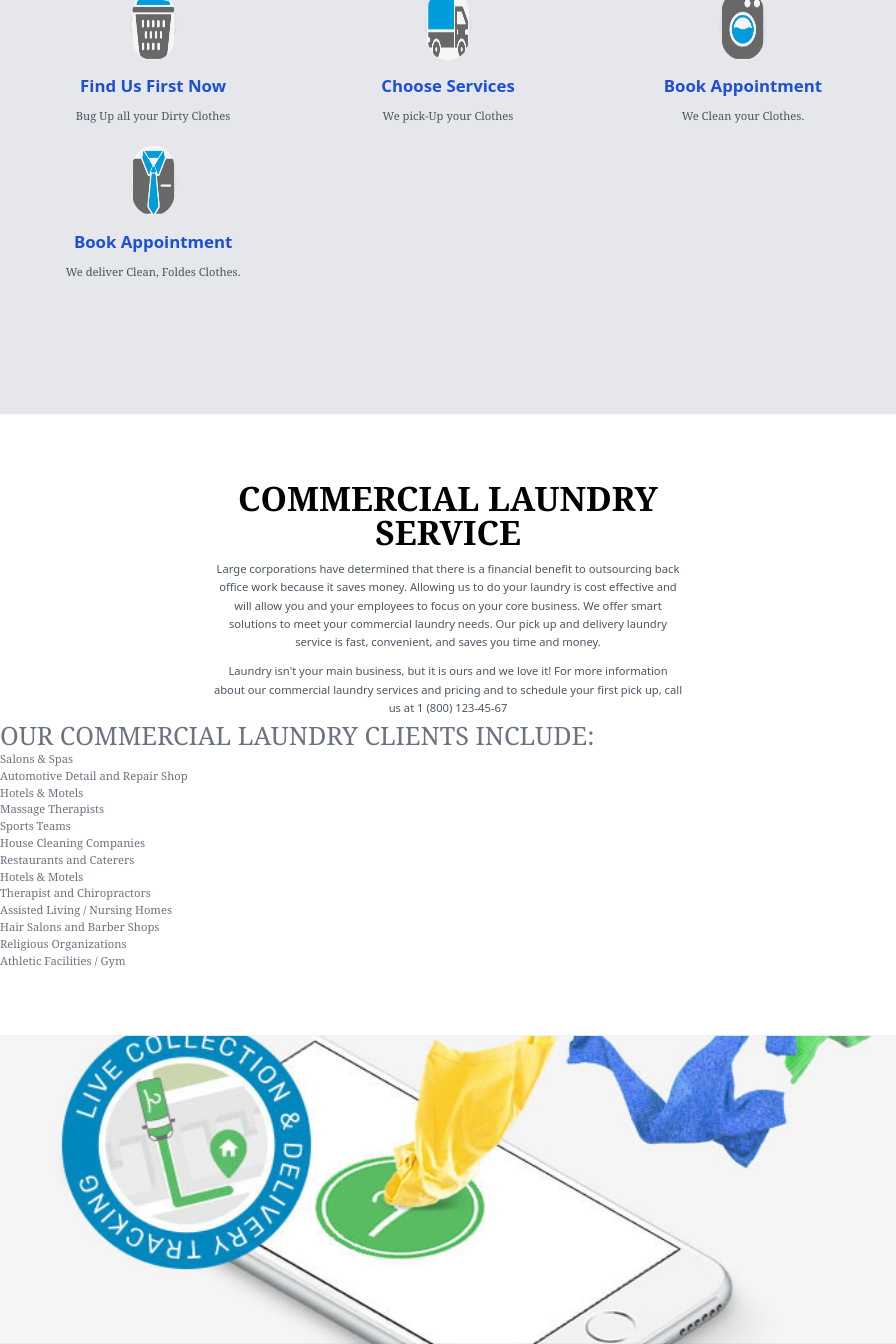
Repository: remydev47/smartlaundry
Page: /
The author's editor kept a copy of each file at every save. The page is drawn from the files as they stood at one save, then again after the next save.
The browser window is 1280 px wide. The pictures show the part of the page from y = 2877 to 4797 px (the page is 4797 px tall), at 70% of full size.
The project was rebuilt for these pictures with package versions that can differ from the ones it lists, and the page was loaded fresh each time. The framework's server and built-in components were replaced by stand-ins that run in the browser. Also part of the build but not shown: next.config.js, components/Prices.tsx, components/Reasons.tsx, components/Testimonial.tsx, components/Pricing.tsx, components/Footer.tsx.

Above is the page before, as saved 2022-10-24 16:30:27.

### pages/_app.tsx
import '../styles/globals.css'
import type { AppProps } from 'next/app'
import Header from '../components/Header'
import Logo from '../components/Logo'

function MyApp({ Component, pageProps }: AppProps) {
  return (
    <>

     <Header />
     <Component {...pageProps} />
    </>
  )
}

export default MyApp

### pages/index.tsx
import type { NextPage } from 'next'
import Head from 'next/head'
import Image from 'next/image'
import { Banner, Commercial, Hero, Services, Steps } from '../components'

const Home: NextPage = () => {
  return (
    <div>
      <Head>
        <title>Smart Laundry</title>
        <link rel="icon" href="/favicon.ico" />
      </Head>
      <Hero />
      <Services />
      <Steps />
      <Commercial />
      <Banner/>

    </div>
  )
}

export default Home

### components/Header.tsx
import React from 'react';
import { navLinks } from '../constants';
import Menupopover from './Menupopover';
import Image from 'next/image';
import Logo from './Logo';

const Header = () => {
  return (
    <header className="fixed inset-x-0 bg-[#4054B2] z-20 flex justify-between items-center py-2 px-2 shadow-lg dark:bg-slate-900 sm:py-3 sm:px-8">
            <div className='flex grow-0 basis-1/3 md:hidden'>
                <Menupopover />
            </div>

             <div className='flex grow-0 justify-center md:justify-start'>
                <Logo />

            </div>


            <ul className="list-none sm:flex hidden justify-center items-center flex-1">
            {navLinks.map((nav, index) => (
                <li
                key={nav.id}
                className={`font-serif font-bold cursor-pointer text-[16px]
                   ${index === navLinks.length - 1 ? 'mr-0' : 'mr-10'}
                  text-white `}
                >
                    <a>{nav.title}</a>
                </li>
            ))}
           </ul>

        </header>
  )
}

export default Header

### components/index.ts
import Hero from "./Hero";
import Services from "./Services";
import Steps from "./Steps";
import Commercial from "./Commercial";
import Prices from "./Prices";
import Banner from "./Banner";
import Reasons from "./Reasons";
import Testimonial from "./Testimonial";
import Pricing from "./Pricing";
import Footer from "./Footer";

export{
    Hero, Services, Steps, Commercial, Prices, Banner, Reasons, Testimonial, Pricing, Footer
}

### constants/index.ts
export const navLinks =[
    {
        id:"home",
        title:"HOME",
    },
    {
        id:"about",
        title:"ABOUT",
    },
    {
        id:"services",
        title:"SERVICES",
    },
    {
        id:"blog",
        title:"BLOG",
    },
    {
        id:"order online",
        title:"ORDER ONLINE",
    },
    {
        id:"contacts",
        title:"CONTACTS",
    },
]

### components/Menupopover.tsx
import React, {useState, Fragment} from 'react';
import { navLinks } from '../constants';
import { IconButton, Button } from './Button';
import { Transition, Dialog } from '@headlessui/react';
import Logo from './Logo';
import Image from 'next/image';

const Menupopover = () => {
  const [isOpen, setIsOpen] = useState(false)

  return (
    <div>
    <IconButton
      variant='ghost'
      aria-label='menu'
      onClick={() => setIsOpen(!isOpen)}
    >
      <svg className='h-6 w-6 ' fill='none' stroke='currentColor'>
        <path
          strokeLinecap='round'
          strokeLinejoin='round'
          strokeWidth={2}
          d='M4 6h16M4 12h16M4 18h16'
        />
      </svg>
    </IconButton>
    <Transition
      show={isOpen}
      appear
      as={Fragment}
      enter='transform transition ease-in-out duration-300'
      enterFrom='-translate-x-full'
      enterTo='translate-x-0'
      leave='transform transition ease-in-out duration-300 delay-200'
      leaveFrom='translate-x-0'
      leaveTo='-translate-x-full'
     >
     <Dialog
       as='div'
       className={`fixed inset-0 z-50`}
       onClose={setIsOpen}
       open={isOpen}
       >
       <Transition.Child
         as={Fragment}
         enter='ease-out duration-300 delay-300'
         enterFrom='opacity-0'
         enterTo='opacity-100'
         leave='ease-in duration-200'
         leaveFrom='opacity-100'
         leaveTo='opacity-0'
       >

        <Dialog.Overlay
          className={`fixed inset-0 bg-black/20 backdrop-blur-sm dark:bg-gray-900/80`}
         />
      </Transition.Child>
       <div className={styles.dialogcontainer}>
        <a className='mx-auto mt-4 flex w-[140px] '>
          <Logo />
        </a>
        <ul
            className={styles.navWrapper2}
         >
            {navLinks.map((nav, index) => (
                <li
                 key={nav.id}
                 className={`font-serif font-bold cursor-pointer text-[16px]
                  mt-2 border-t border-slate-200 py-4 dark:border-slate-600
                  ${index === navLinks.length - 1 ? 'mr-0' : 'mb-4'}
                  text-white `}
                >
                 <a href={`#${nav.id}`}>
                    {nav.title}
                 </a>
                </li>
             ))}
         </ul>

        <IconButton
          variant='ghost'
          aria-label='close menu'
          className='absolute top-5 right-5'
          onClick={() => setIsOpen(false)}
        >
          <svg
            viewBox='0 0 10 10'
            className='h-2.5 w-2.5 overflow-visible'
            aria-hidden='true'
          >
            <path
                d='M0 0L10 10M10 0L0 10'
                fill='none'
                stroke='currentColor'
                strokeWidth='2'
                strokeLinecap='round'
              />
          </svg>
        </IconButton>
       </div>
     </Dialog>
    </Transition>
  </div>
  )
}

export default Menupopover;

const styles ={
  dialogcontainer:`fixed top-0 bottom-0 left-0 w-full max-w-xs rounded-r-xl bg-[#4054B2] p-6 shadow-lg dark:bg-gray-800`,
  menuitems:`group relative flex h-9 items-center oveflow-hidden rounded-md hover:bg-slate-200/50`,
  navWrapper2:`list-none flex flex-col justify-end items-center flex-1`,
}

### components/Logo.tsx
import React from 'react'
import Image from 'next/image'

const Logo = () => {
  return (
    <div className=''>
      <Image
        src="/images/logo.png"
        alt='cleanu'
        height={60}
        width={150}
      />
    </div>
  )
}

export default Logo

### components/Hero.tsx
import React from 'react'
import Image from 'next/image'

const Hero = () => {
  return (
    <section className='relative pt-48 pb-12 bg-gray-400 xl:pt-60 sm:pb-16 lg:pb-32 xl:pb-48 2xl:pb-56'>
        <Image
           src='/images/hero1.jpg'
           layout='fill'
           objectFit='cover'
         />
     <div className="relative">
 <div className="px-6 mx-auto sm:px-8 lg:px-12 max-w-7xl">
     <div className="w-full lg:w-2/3 xl:w-1/2">
         <h1 className="font-sans text-base font-bold tracking-tight text-black text-opacity-70">Dont let bad services ruin your Day</h1>
         <p className="mt-6 tracking-tighter text-black">
             <span className="font-sans font-normal text-7xl">The road to the</span><br />
             <span className="font-serif italic font-normal text-8xl">perfect Cleaning Services</span>
         </p>
         <p className="mt-12 font-sans text-base font-bold text-black text-opacity-70">Lorem ipsum dolor sit amet, consectetur adipiscing elit. Eu penatibus pellentesque dolor consequat ligula egestas massa gravida. Porttitor venenatis enim praesent.</p>
         <p className="mt-8 font-sans text-xl font-normal text-black">Starting at $9.99/month</p>

         <div className="flex items-center mt-5 space-x-3 sm:space-x-4">
             <a
                 href="#"
                 title=""
                 className="
                     inline-flex
                     items-center
                     justify-center
                     px-5
                     py-2
                     font-sans
                     text-base
                     font-semibold
                     transition-all
                     duration-200
                     border-2 border-transparent
                     rounded-full
                     sm:leading-8
                     bg-green-600
                     sm:text-lg
                     text-white
                     hover:bg-opacity-90
                     focus:outline-none focus:ring-2 focus:ring-offset-2 focus:ring-primary focus:ring-offset-secondary
                 "
                 role="button"
             >
                 ORDER NOW
             </a>


         </div>
     </div>
 </div>
</div>
    </section>
  )
}

export default Hero

### components/Services.tsx
import React from 'react'

const services=[
  {
    image:"/images/plumber.png",
    title:'Alternations & Repairs',
    description:"We have expert seamstresses and tailors on staff to ensure we meet and exceed your fitting requirements"
  },
  {
    image:"",
    title:'Steam Iron',
    description:"Let us pick up your dirty laundry, sort it, stains, wash, dry, fold and deliver back to you in one neat, easy package"
  },
  {
    image:"",
    title:'Shoe Cleaning',
    description:"We use premium products and standardised processes to take care of your shoes and give them refreshed look."
  },
  {
    image:"/images/cleaning.png",
    title:'Laundry Services',
    description:"Let us pick up your dirty laundry, sort it, stains, wash, dry, fold and deliver back to you in one neat, easy package."
  },
  {
    image:"/images/housekeeper.png",
    title:'Dry Cleaning',
    description:"SMU students and local residents love on our reliable dry cleaning services for the fast, accurate, top quality results."
  },
  {
    image:"/images/carpet-cleaner.png",
    title:'Carpet Cleaning',
    description:"To keep carpet at peak performance, we recommend professional deep cleaning your carpet every 12 to 18 months."
  },
]

const Services = () => {
  return (
    <section className="bg-gray-50 sm:py-16 lg:py-24">
    <div className="px-4 mx-auto max-w-7xl sm:px-6 lg:px-8">
     <div className="max-w-2xl mx-auto text-center">
      <h2 className="text-4xl font-bold font-serif leading-tight text-gray-600  lg:text-5xl">Our <span className='text-green-300'>Services...</span></h2>
      <p className="max-w-xl mx-auto mt-4 font-serif text-2xl font-extrabold leading-relaxed text-gray-500">
        Provide Worldwide Service For Good Customers
      </p>
     </div>

     <div className="grid max-w-md grid-cols-1 gap-6 mx-auto mt-8 text-center lg:max-w-full lg:mt-16 lg:grid-cols-3">
      {services.map((item, i) => (
     <div className="overflow-hidden bg-white border-2 border-gray-300 rounded-md">
          <div className="p-8 xl:px-12 flex flex-col items-center justify-center">
             <div>
              <img
               src={item.image}
               className="h-20 w-20"
             />
             </div>
             <h2 className='font-bold font-serif text-3xl text-gray-400 text-center mt-2'>
               {item.title}
             </h2>
             <p className='text-xl font-serif text-black text-center '>
              {item.description}
             </p>
          </div>
     </div>
     ))}
    </div>
</div>
</section>
  )
}

export default Services

### components/Commercial.tsx
import React from 'react'

const offers=[
  {
    id:"Salons & Spas",
    title:"Salons & Spas"
  },
  {
    id:"Automotive Detail and Repair Shop",
    title:"Automotive Detail and Repair Shop"
  },
  {
    id:"Hotels & Motels",
    title:"Hotels & Motels"
  },
  {
    id:"Massage Therapists",
    title:"Massage Therapists"
  },
  {
    id:"Sports Teams",
    title:"Sports Teams"
  },
  {
    id:"House Cleaning Companies",
    title:"House Cleaning Companies"
  },
  {
    id:"Restaurants and Caterers",
    title:"Restaurants and Caterers"
  },
  {
    id:"Hotels & Motels",
    title:"Hotels & Motels"
  },
  {
    id:"Therapist and Chiropractors",
    title:"Therapist and Chiropractors"
  },
  {
    id:"Assisted Living / Nursing Homes",
    title:"Assisted Living / Nursing Homes"
  },
  {
    id:'Hair Salons and Barber Shops',
    title:'Hair Salons and Barber Shops'
  },
  {
    id:'Religious Organizations',
    title:'Religious Organizations'
  },
  {
    id:'Athletic Facilities / Gym',
    title:'Athletic Facilities / Gym'
  },
]

const Commercial = () => {
  return (
    <section className="py-10 bg-[#FFF] sm:py-16 lg:py-24">
      <div className="px-4 mx-auto max-w-7xl sm:px-6 lg:px-8">
      <div className="max-w-2xl mx-auto text-center">
            <h2 className="text-3xl font-serif font-bold leading-tight text-black sm:text-4xl lg:text-5xl">
              COMMERCIAL LAUNDRY SERVICE
            </h2>
            <p className="mt-4 text-base leading-relaxed text-gray-600">
             Large corporations have determined that there is a financial benefit to outsourcing back office work because it saves money. Allowing us to do your laundry is cost effective and will allow you and your employees to focus on your core business. We offer smart solutions to meet your commercial laundry needs. Our pick up and delivery laundry service is fast, convenient, and saves you time and money.
            </p>
            <p className="mt-4 text-base leading-relaxed text-gray-600">
             Laundry isn't your main business, but it is ours and we love it! For more information about our commercial laundry services and pricing and to schedule your first pick up, call us at 1 (800) 123-45-67
            </p>
        </div>
      </div>
      <h2 className='mt-2 text-3xl font-serif text-gray-500 sm:text-4xl'>OUR COMMERCIAL LAUNDRY CLIENTS INCLUDE:</h2>
      <ul className="list-none sm:flex-col justify-center items-center flex-1">
            {offers.map((nav, index) => (
                <li
                key={nav.id}
                className={`font-serif font-normal cursor-pointer text-[16px]
                   ${index === offers.length - 1 ? 'mr-0' : 'mr-10'}
                  text-gray-500 `}
                >
                    <a>{nav.title}</a>
                </li>
            ))}
           </ul>
    </section>
  )
}

export default Commercial

### components/Banner.tsx
import React from 'react'
import Image from 'next/image'

const Banner = () => {
  return (
    <section className='relative h-[400px] w-full  bg-blue-500 sm:h-[55vh] md:h-[440px]'>
      <Image
           src='/images/banner.jpg'
           layout='fill'
           objectFit='cover'
         />
    </section>
  )
}

export default Banner

### components/Button/index.tsx
import React, { forwardRef } from "react";
//import { __DEV__ } from "../../utils/assertions";

type BaseButtonProps = Omit<React.HTMLProps<HTMLButtonElement>, "size">;

/* === Button Element === */

export interface ButtonProps extends BaseButtonProps {
  children: React.ReactNode;
  fullWidth?: boolean;
  className?: string;
  variant?: "solid" | "outline" | "ghost";
  size?: "sm" | "md" | "lg";
  as?: string;
  isExternal?: boolean;
  type?: "button" | "submit" | "reset";
}

export const Button = forwardRef<HTMLButtonElement, ButtonProps>(
  (
    {
      children,
      variant = "solid",
      size = "md",
      fullWidth = false,
      className,
      as = "button",
      isExternal = false,
      ...rest
    },
    ref
  ) => {
    let tempClassNames: string[] = [];

    const sharedClasses = [
      "capitalize",
      "focus:outline-none",
      "focus:ring-2",
      "focus:ring-indigo-400",
      "focus:ring-offset-2",
      "focus:ring-offset-indigo-50",
      "font-semibold",
      "rounded-full",
      "inline-flex",
      "flex-shrink-0",
      "items-center",
      "justify-center",
      "transition-colors",
      "ease-in-out",
      "duration-500",
    ];

    if (fullWidth) sharedClasses.push("w-full");

    // handle variants
    let btnSolid = ["bg-indigo-600", "hover:bg-indigo-700", "text-white"];
    let btnOutline = [
      "dark:text-white",
      "hover:text-indigo-700",
      "hover:dark:text-indigo-700",
      "bg-transparent",
      "hover:bg-indigo-50",
      "border",
      "border-indigo-600",
    ];
    let btnGhost = [
      "bg-transparent",
      "dark:text-white",
      "hover:bg-indigo-50",
      "hover:text-indigo-700",
      "hover:dark:text-indigo-700",
    ];

    if (variant === "solid") {
      tempClassNames = [...sharedClasses, ...btnSolid];
    } else if (variant === "outline") {
      tempClassNames = [...sharedClasses, ...btnOutline];
    } else if (variant === "ghost") {
      tempClassNames = [...sharedClasses, ...btnGhost];
    }

    // handle sizes
    let sizeSm = ["h-8", "px-2", "text-sm"];
    let sizeMd = ["h-10", "px-3"];
    let sizeLg = ["h-12", "px-4", "text-lg"];

    if (size === "sm") {
      tempClassNames = [...tempClassNames, ...sizeSm];
    } else if (size === "md") {
      tempClassNames = [...tempClassNames, ...sizeMd];
    } else if (size === "lg") {
      tempClassNames = [...tempClassNames, ...sizeLg];
    }

    let classes = tempClassNames.join(" ");

    let Element = as ? (
      React.createElement(
        as,
        {
          className: `${classes} ${className}`,
          target: isExternal ? "_blank" : undefined,
          rel: isExternal ? "noopener noreferrer" : undefined,
          ref,
          ...rest,
        },
        children
      )
    ) : (
      <button {...rest} className={`${classes} ${className}`} ref={ref}>
        {children}
      </button>
    );

    return Element;
  }
);

// if (__DEV__) {
//   Button.displayName = "Button";
// }

/* === IconButton Element === */

export interface IconButtonProps extends ButtonProps {
  icon?: React.ReactElement;
  "aria-label": string;
}

export const IconButton = forwardRef<HTMLButtonElement, IconButtonProps>(
  (
    {
      children,
      icon,
      className,
      "aria-label": ariaLabel,
      size = "md",
      ...rest
    },
    ref
  ) => {
    let sharedClasses = ["rounded-full", "!px-0"];

    // handle sizes
    let sizeSm = ["w-8"];
    let sizeMd = ["w-10"];
    let sizeLg = ["w-12"];

    if (size === "sm") {
      sharedClasses = [...sharedClasses, ...sizeSm];
    } else if (size === "md") {
      sharedClasses = [...sharedClasses, ...sizeMd];
    } else if (size === "lg") {
      sharedClasses = [...sharedClasses, ...sizeLg];
    }

    /**
     * Passing the icon as prop or children should work
     */
    const element = icon || children;
    const _children = React.isValidElement(element)
      ? React.cloneElement(element as any, {
          "aria-hidden": true,
          focusable: false,
        })
      : null;

    let classes = sharedClasses.join(" ");
    return (
      <Button
        className={`${classes} ${className}`}
        aria-label={ariaLabel}
        size={size}
        {...rest}
        ref={ref}
      >
        {_children}
      </Button>
    );
  }
)

Loaded but not shown: styles/globals.css (common file); tailwind.config.js (common file); components/Steps.tsx (83 lines, source omitted)

After the next save:
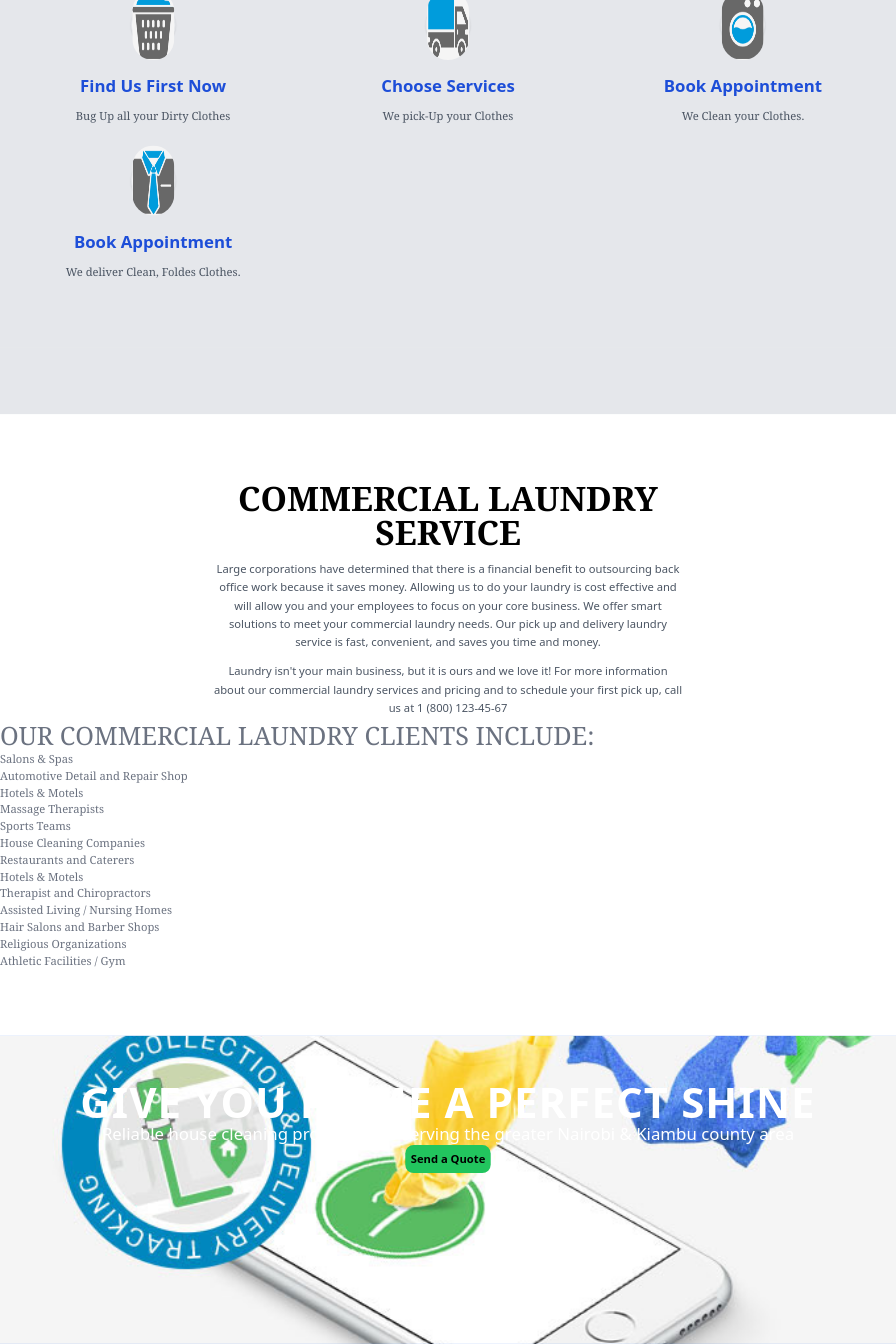
Saved 2 min 55 s later.
--- a/components/Banner.tsx
+++ b/components/Banner.tsx
@@ -8,9 +8,26 @@ const Banner = () => {
            src='/images/banner.jpg'
            layout='fill'
            objectFit='cover'
-         />
+      />
+       <div className="absolute inset-0">
+        <div className='flex flex-col items-center mx-4 mt-16 text-center '>
+                <h1 className={styles.innerbanner}>
+                    Give you Home a Perfect Shine
+                </h1>
+                <span className='text-xl text-white sm:text-2xl'>
+                    Reliable house cleaning professionals serving the greater Nairobi & Kiambu county area
+                </span>
+                <button className='p-2 font-semibold text-black bg-green-500 rounded-xl'>
+                    Send a Quote
+                </button>
+              </div>
+        </div>
     </section>
   )
 }
 
+const styles ={
+  innerbanner:`text-3xl font-extrabold uppercase tracking-wide text-white sm:text-4xl md:text-5xl lg:text-6xl`,
+}
+
 export default Banner
